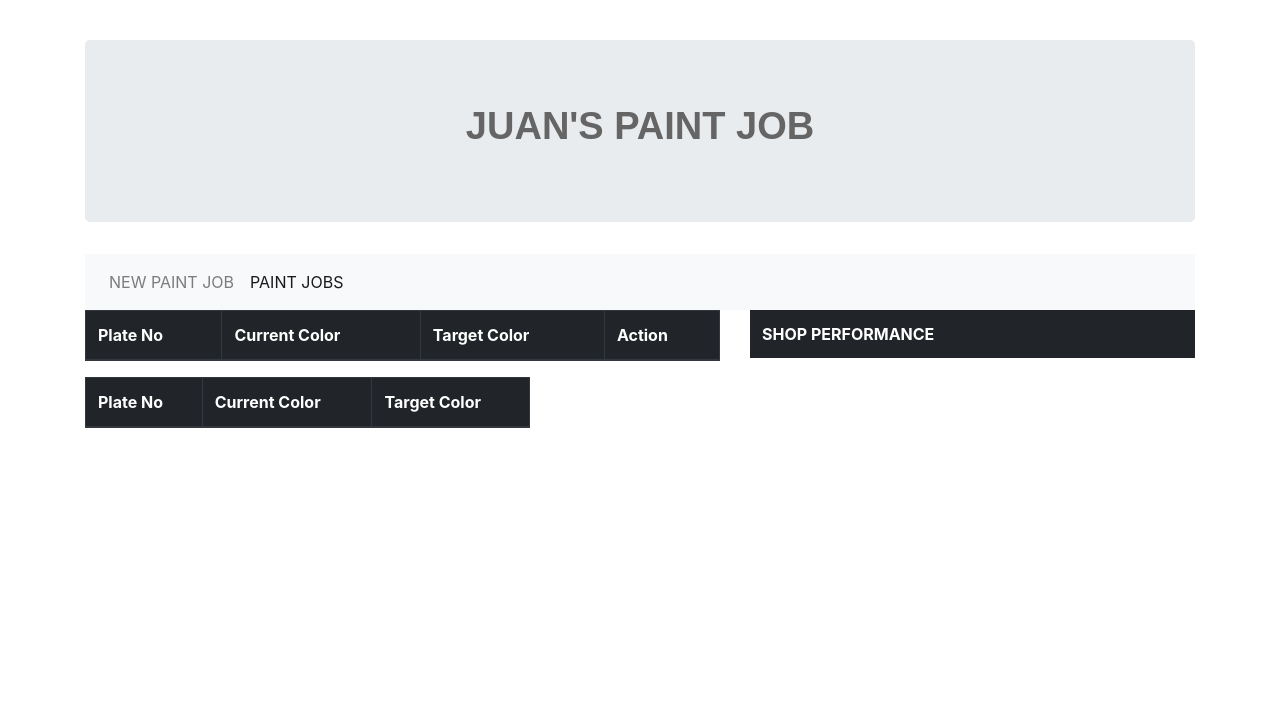
Repository: soycaringal/paint-job
Page: http://localhost/jobs
These files come from the project's save history. The page is drawn as it stood at one moment and after the next save; the edit follows.
The browser window is 1280 px wide. The pictures show the whole page.
The page is served by the project's Laravel application, run on PHP 8.4 with Laravel 8. Other server files are loaded and not shown. Queries for data that is not in the repository find no rows.

Above is the page before, as saved 2020-02-22 23:32:18.
Console error: TypeError: cars.forEach is not a function

### routes/web.php
<?php

/*
|--------------------------------------------------------------------------
| Web Routes
|--------------------------------------------------------------------------
|
| Here is where you can register web routes for your application. These
| routes are loaded by the RouteServiceProvider within a group which
| contains the "web" middleware group. Now create something great!
|
*/

Route::get('/', 'CarController@index')->name('home');
Route::get('/jobs', 'CarController@jobs')->name('jobs');
Route::post('/car', 'CarController@store')->name('car.store');

// Route::post('/car', function () {

//     return 'aw';
// });

### app/Http/Controllers/CarController.php
<?php

namespace App\Http\Controllers;

use App\Car;
use Illuminate\Http\Request;

class CarController extends Controller
{
    private $car;

    public function __construct(Car $car) {
        $this->car = $car;
    }

    /**
     * Display a listing of the resource.
     *
     * @return \Illuminate\Http\Response
     */
    public function index()
    {
        $cars = $this->car->all();
        return view('home', compact('cars'));
    }

        /**
     * Display a listing of the resource.
     *
     * @return \Illuminate\Http\Response
     */
    public function jobs()
    {
        return view('jobs');
    }

    /**
     * Show the form for creating a new resource.
     *
     * @return \Illuminate\Http\Response
     */
    public function create()
    {
        //
    }

    /**
     * Store a newly created resource in storage.
     *
     * @param  \Illuminate\Http\Request  $request
     * @return \Illuminate\Http\Response
     */
    public function store(Request $request)
    {
        $data = $request->all();

        $car = new Car();
        $car->plate_no = $data['plate_no'];
        $car->current_color = $data['current_color'];
        $car->target_color = $data['target_color'];
        $car->save();

        return redirect('/');
    }

    /**
     * Display the specified resource.
     *
     * @param  \App\Car  $car
     * @return \Illuminate\Http\Response
     */
    public function show(Car $car)
    {
        //
    }

    /**
     * Show the form for editing the specified resource.
     *
     * @param  \App\Car  $car
     * @return \Illuminate\Http\Response
     */
    public function edit(Car $car)
    {
        //
    }

    /**
     * Update the specified resource in storage.
     *
     * @param  \Illuminate\Http\Request  $request
     * @param  \App\Car  $car
     * @return \Illuminate\Http\Response
     */
    public function update(Request $request, Car $car)
    {
        $car = $this->car->find($request->id);
        $car->status = 'completed';
        $car->save();
    }

    /**
     * Remove the specified resource from storage.
     *
     * @param  \App\Car  $car
     * @return \Illuminate\Http\Response
     */
    public function destroy(Car $car)
    {
        //
    }
}

### resources/views/jobs.blade.php
@extends('layouts.app')

@section('content')

<div class="row">
    <section class="col-7">
        <div class="cars">
            <table class="table table-bordered">
                <thead class="thead thead-dark">
                    <tr>
                        <th scope="col">Plate No</th>
                        <th scope="col">Current Color</th>
                        <th scope="col">Target Color</th>
                        <th scope="col">Action</th>
                    </tr>
                </thead>
                <tbody class="car-in-progress">

                </tbody>
            </table>
        </div>
    </section>
    <section class="col-5">
        <div class="cars">
            <table class="table table-borderless">
                <thead class="thead thead-dark">
                    <tr>
                        <th scope="col" colspan="2">SHOP PERFORMANCE</th>
                    </tr>
                </thead>
                <tbody class="car-performance">

                </tbody>
            </table>
        </div>
    </section>
</div>
<div class="row">
    <section class="col-5">
        <div class="cars">
            <table class="table table-bordered">
                <thead class="thead thead-dark">
                    <tr>
                        <th scope="col">Plate No</th>
                        <th scope="col">Current Color</th>
                        <th scope="col">Target Color</th>
                    </tr>
                </thead>
                <tbody class="car-queue">

                </tbody>
            </table>
        </div>
    </section>
</div>

<script>
    $(document).ready(() => {
        getData();
        poll();
    })

    function templatePending(cars) {
        let template = '\
        <tr> \
            <td>{PLATE_NO}</td> \
            <td>{CURRENT_COLOR}</td> \
            <td>{TARGET_COLOR}</td> \
            <td>{ACTION}</td> \
        </tr>';

        let result = '';
        cars.forEach(car => {
            const action = '<a onclick="updateStatus(' + car.id + ')" href="javascript:void(0)">Mark as Completed</>'
            let row =  template
                .replace('{PLATE_NO}', car.plate_no)
                .replace('{CURRENT_COLOR}', car.current_color)
                .replace('{TARGET_COLOR}', car.target_color)
                .replace('{ACTION}', action)

            result += row;
        });

        $('.car-in-progress').html(result);
    }

    function templatePerformance(car) {
        let template = '\
        <tr> \
            <td>Total Cars Painted:</td> \
            <td>{TOTAL_CARS}</td> \
        </tr> \
        <tr> \
            <td colspan="2">Breakdown:</td> \
        </tr> \
        <tr> \
            <td>Blue</td> \
            <td>{TOTAL_BLUE}</td> \
        </tr> \
        <tr> \
            <td>Red</td> \
            <td>{TOTAL_RED}</td> \
        </tr> \
        <tr> \
            <td>Green</td> \
            <td>{TOTAL_GREEN}</td> \
        </tr>';

        let result =  template
            .replace('{TOTAL_CARS}', car.total_cars)
            .replace('{TOTAL_BLUE}', car.total_blue)
            .replace('{TOTAL_RED}', car.total_red)
            .replace('{TOTAL_GREEN}', car.total_green)

        $('.car-performance').html(result);
    }

    function updateStatus(id) {
        $.post('/api/car', {id: id})
        .then((res) => {
            console.log(res);
        });
    }

    async function getData()  {
        await $.get('/api/cars')
        .then((result) => {
            templatePending(result);
        });

        await $.get('/api/cars/performance')
        .then((result) => {
            templatePerformance(result);
        });
    }

    function poll() {
        setTimeout(() => {
            getData()
            .then(poll())
        }, 3000);
    }
</script>


@endsection

### resources/views/layouts/app.blade.php
<!DOCTYPE html>
<html lang="{{ str_replace('_', '-', app()->getLocale()) }}">
    <head>
        <meta charset="utf-8">
        <meta name="viewport" content="width=device-width, initial-scale=1">

        <title>Laravel</title>

        <!-- Fonts -->
        <link href="https://fonts.googleapis.com/css?family=Nunito:200,600" rel="stylesheet">
        <link rel="stylesheet" href="https://stackpath.bootstrapcdn.com/bootstrap/4.1.3/css/bootstrap.min.css" integrity="sha384-MCw98/SFnGE8fJT3GXwEOngsV7Zt27NXFoaoApmYm81iuXoPkFOJwJ8ERdknLPMO" crossorigin="anonymous">
        <script src="https://code.jquery.com/jquery-3.3.1.slim.min.js" integrity="sha384-q8i/X+965DzO0rT7abK41JStQIAqVgRVzpbzo5smXKp4YfRvH+8abtTE1Pi6jizo" crossorigin="anonymous"></script>
        <script src="https://cdnjs.cloudflare.com/ajax/libs/popper.js/1.14.3/umd/popper.min.js" integrity="sha384-ZMP7rVo3mIykV+2+9J3UJ46jBk0WLaUAdn689aCwoqbBJiSnjAK/l8WvCWPIPm49" crossorigin="anonymous"></script>
        <script src="https://stackpath.bootstrapcdn.com/bootstrap/4.1.3/js/bootstrap.min.js" integrity="sha384-ChfqqxuZUCnJSK3+MXmPNIyE6ZbWh2IMqE241rYiqJxyMiZ6OW/JmZQ5stwEULTy" crossorigin="anonymous"></script>
        <link href="/css/main.css" rel="stylesheet">
        <script src="https://code.jquery.com/jquery-3.4.1.min.js"
                integrity="sha256-CSXorXvZcTkaix6Yvo6HppcZGetbYMGWSFlBw8HfCJo=" crossorigin="anonymous"></script>
    </head>
    <body>
        <div class="container">
            <header>
                <div class="jumbotron text-center">
                    <h1>Juan's Paint Job</h1>
                </div>
                <nav class="navbar navbar-expand-lg navbar-light bg-light">
                    <div class="collapse navbar-collapse" id="navbarText">
                        <ul class="navbar-nav mr-auto">
                            <li class="nav-item {{ Route::is('home') ? 'active' : '' }}">
                                <a class="nav-link" href="/">NEW PAINT JOB</a>
                            </li>
                            <li class="nav-item {{ Route::is('jobs') ? 'active' : '' }}">
                                <a class="nav-link" href="/jobs">PAINT JOBS</a>
                            </li>
                            </li>
                        </ul>
                    </div>
                </nav>
            </header>
            <main>
                @yield('content')
            </main>
        </div>
    </body>
</html>

### public/css/main.css
header {
    margin-top: 40px;
}

header h1 {
    font-family: 'arial';
    font-weight: bold;
    font-size: 38px;
    text-transform: uppercase;
    color: #656565;
}

.navbar {
    /* background-color: #e9695b; */
}

Loaded but not shown: app/Http/Controllers/Controller.php (common file); app/Car.php (common file)

After the next save:
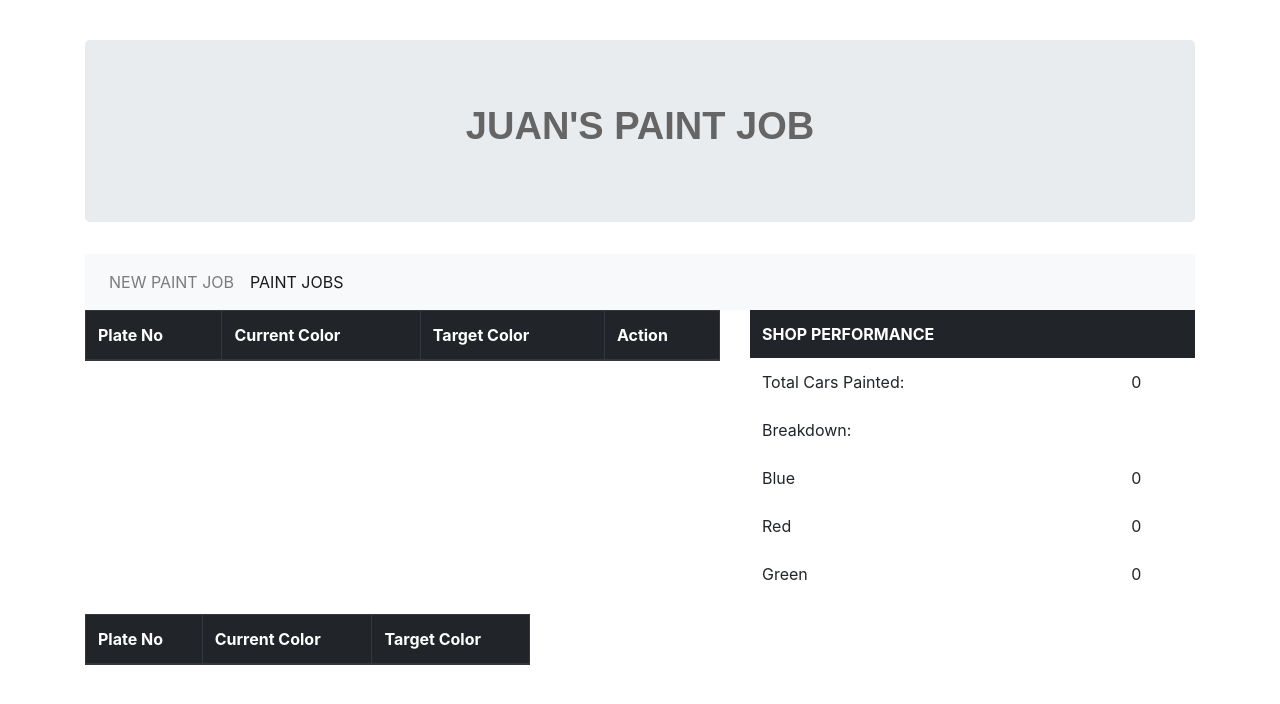
The error is gone.
Saved 15 s later.
--- a/resources/views/jobs.blade.php
+++ b/resources/views/jobs.blade.php
@@ -125,7 +125,7 @@
     async function getData()  {
         await $.get('/api/cars')
         .then((result) => {
-            templatePending(result);
+            templatePending(result.pending);
         });
 
         await $.get('/api/cars/performance')
